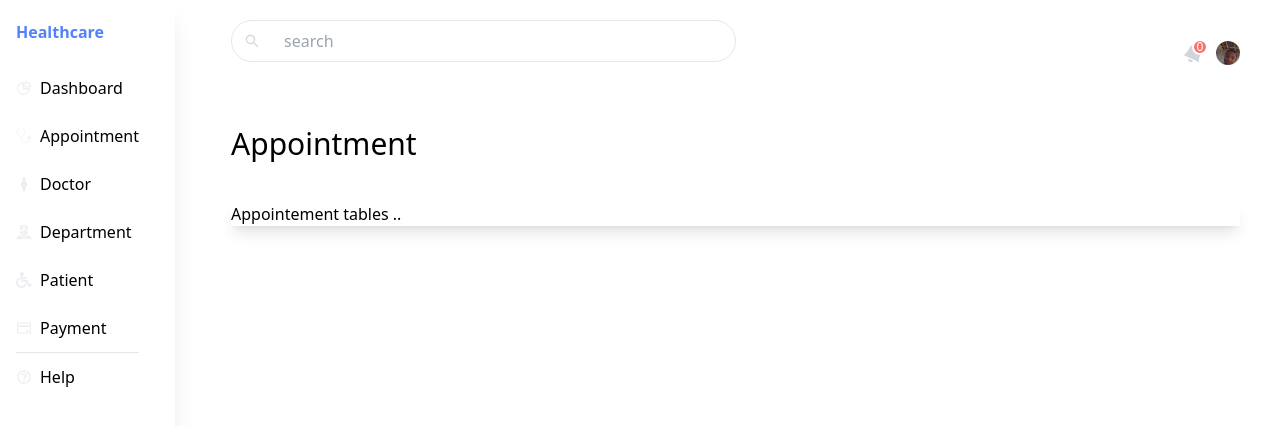
Repository: hisreal123/healthcare-dashboard
Page: /appointment
The author's editor kept a copy of each file at every save. The page is drawn from the files as they stood at one save, then again after the next save.
The browser window is 1280 px wide. The pictures show the whole page.
The project was rebuilt for these pictures with package versions that can differ from the ones it lists, and the page was loaded fresh each time. Also part of the build but not shown: vite.config.ts, src/views/Dashboard.tsx, src/views/Doctor.tsx, src/views/Department.tsx, components/tables/PatientsTable.tsx, src/views/Patient.tsx, src/views/Payment.tsx, src/views/Help.tsx.

Above is the page before, as saved 2023-05-05 19:30:53.

After the next save:
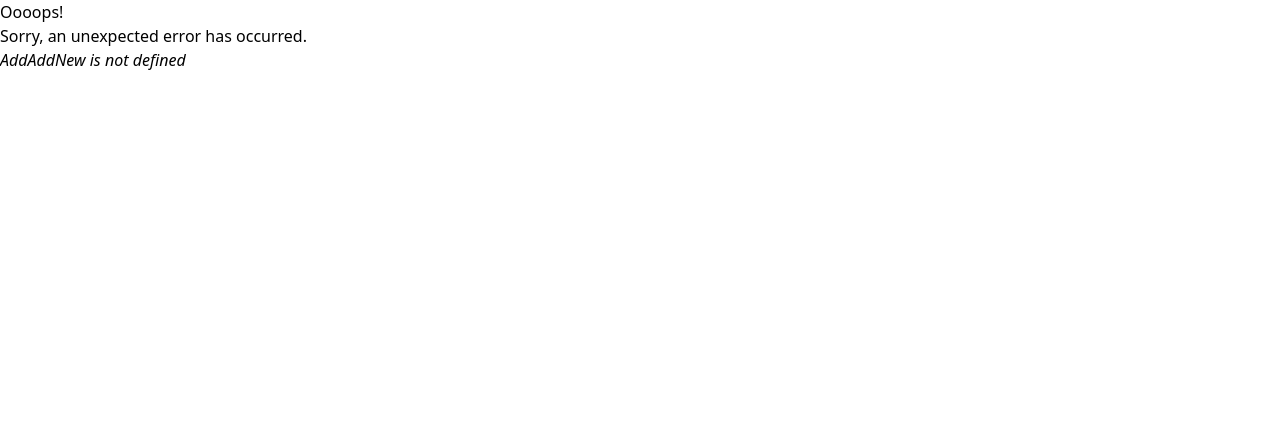
Console error: ReferenceError: AddAddNew is not defined
Saved 5 s later.
--- a/components/holders/ProfileHeader.tsx
+++ b/components/holders/ProfileHeader.tsx
@@ -29,7 +29,7 @@ export default function ProfileHeader() {
                 {/* left */}
                 <div className="left w-1/2">
                     <SearchBar />
-                    <Add />
+                    <AddAddNew />
                 </div>
 
                 {/* right */}
